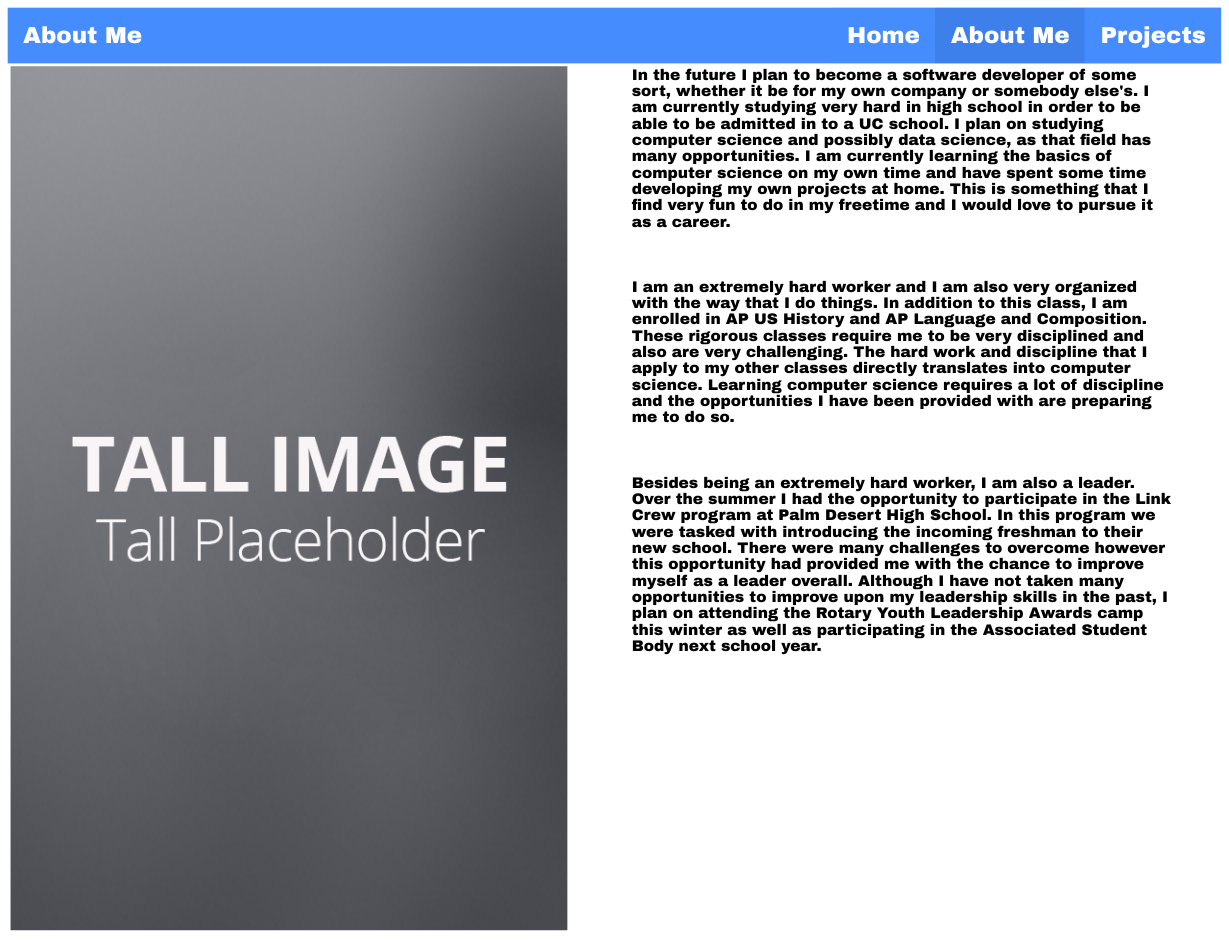
Repository: br4y/br4y.github.io
Page: about.html
The author's editor kept a record of every edit. The page is drawn from the files as they stood at one moment, then again after the next edit.
The browser window is 1280 px wide. The pictures show the whole page, at 96% of full size.

Above is the page before.

### about.html
<!DOCTYPE html>
<link href="StyleSheet.css" rel="stylesheet" type="text/css">
<html>
    <head>
        <div class="navbar">
        <a>About Me</a>
        <div class="links">
          <a href="index.html">Home</a>
          <a class="active" href="about.html">About Me</a>
      <div class="dropdown">
        <div class="morelinks">Projects</div>
        <div class="dropdown-content">
          <a href="#">Projects</a>
          <a href="#">Projects</a>
        </div>
      </div>
     </div>

    </div>
        </head>

        <body>
           <table>
               <tr>
                    <td class="portrait"><img src="images/placeholder-image-tall.png"></img></td>
                    <td class="about-text">
                       In the future I plan to become a software developer of some sort, whether it be for my own company or somebody else's. I am currently studying very hard in high school in order to be able to be admitted in to a UC school. I plan on studying computer science and possibly data science, as that field has many opportunities. I am currently learning the basics of computer science on my own time and have spent some time developing my own projects at home. This is something that I find very fun to do in my freetime and I would love to pursue it as a career.
                       <br></br><br></br>
                       I am an extremely hard worker and I am also very organized with the way that I do things. In addition to this class, I am enrolled in AP US History and AP Language and Composition. These rigorous classes require me to be very disciplined and also are very challenging. The hard work and discipline that I apply to my other classes directly translates into computer science. Learning computer science requires a lot of discipline and the opportunities I have been provided with are preparing me to do so.
                       <br></br><br></br>
                       Besides being an extremely hard worker, I am also a leader. Over the summer I had the opportunity to participate in the Link Crew program at Palm Desert High School. In this program we were tasked with introducing the incoming freshman to their new school. There were many challenges to overcome however this opportunity had provided me with the chance to improve myself as a leader overall. Although I have not taken many opportunities to improve upon my leadership skills in the past, I plan on attending the Rotary Youth Leadership Awards camp this winter as well as participating in the Associated Student Body next school year.
                       <br></br>
                    </td>
               </tr>
           </table>
        </body>
</html>

### StyleSheet.css
       .navbar{
        background-color: #458cff;
        width:100%;
        overflow: hidden;
        font-family:"Arial Black", Gadget, sans-serif;
      }

      .active {
        background-color:#3d80eb;;
      }

      .navbar a {
        color: white;
        font-size: 24px;
        text-decoration: none;
        padding:16px;
        float:left;
      }

      .links {
        font-family:"Arial Black", Gadget, sans-serif;
        background-color: #458cff;
        color: white;
        float: right;
        text-decoration: none;
        font-size: 24px;
      }

      .morelinks {
        color: white;
        font-size: 24px;
        text-decoration: none;
        padding:16px;
      }

      .navbar a:hover, .morelinks:hover {
        background-color: #3d80eb;
      }

      .dropdown:hover .dropdown-content {
        display:block;
      }

      .dropdown-content {
        position: absolute;
        z-index:  1;
        display:none;
        background-color: #458cff;
        font-family:"Arial Black", Gadget, sans-serif;
      }

      .dropdown {
        font-family:"Arial Black", Gadget, sans-serif;
        background-color: #458cff;
        color: white;
        float: right;
        text-decoration: none;
        font-size: 24px;

      }

      .dropdown-content a{
        float: none;
        display:block;
      }

    .dog {
        width:40px;
        height:40px;
        border-radius:50%;
        padding:5px;
        display:inline;
        vertical-align:middle;
    }

    .portrait {
        height:relative;
        width:50%;
        float:left;
    }

    .about-text {
        text-align:left;
        font-family:"Arial Black", Gadget, sans-serif;
        width:45%;
        height:relative;
        display:inline-block;
        margin-left:15px;
    }

    /*.dropdown:hover .dropdown-content {display: block;}*/
    /*.dropdown-content a:hover {background-color:#2376fc;}*/
    /*.dropdown:hover .dropbtn {background-color: #2376fc;}*/

    table {
        width:100%;
    }

    .column1{
        height:40%;
        float:left;
        padding-left:10%
    }

    .column2 {
        height:40%;
        margin-left:30%;
    }

    .column3 {
        height:40%;
        float: right;
        padding-right:10%;
    }

    .spacerow {
        height:100%;
        padding-top:50px;
        color:white;
        font-size:100px;
    }

    .navbuttons {
        margin-right:10px;
        padding-right:20px;
        background-color:#458cff;
        display:inline-block;
        text-align: right;
        color:white;
        font-size:75%;
        font-family:"Arial Black", Gadget, sans-serif;
    }

After the next edit:
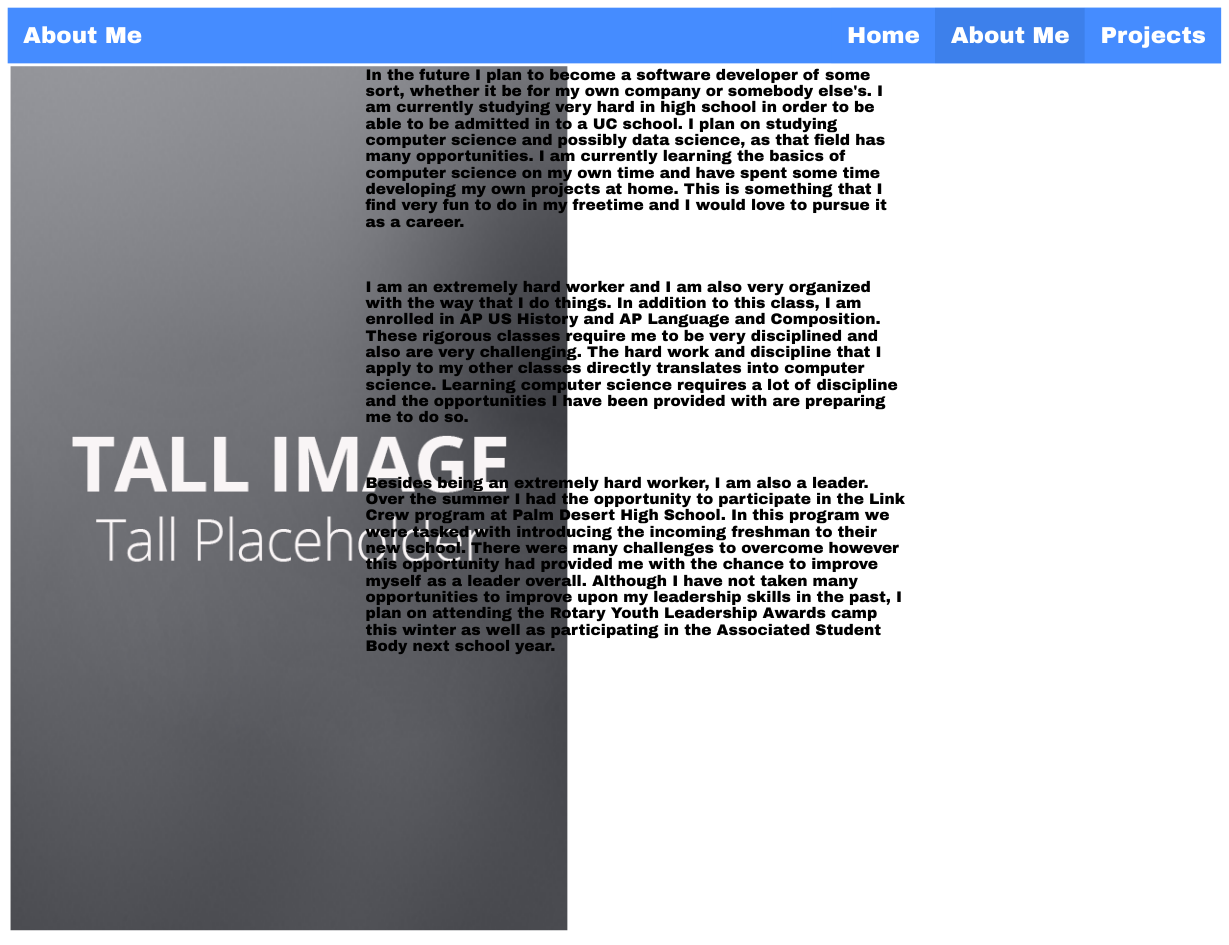
The edit:
--- a/StyleSheet.css
+++ b/StyleSheet.css
@@ -74,8 +74,7 @@
     }
 
     .portrait {
-        height:relative;
-        width:50%;
+        width:28%;
         float:left;
     }
 
